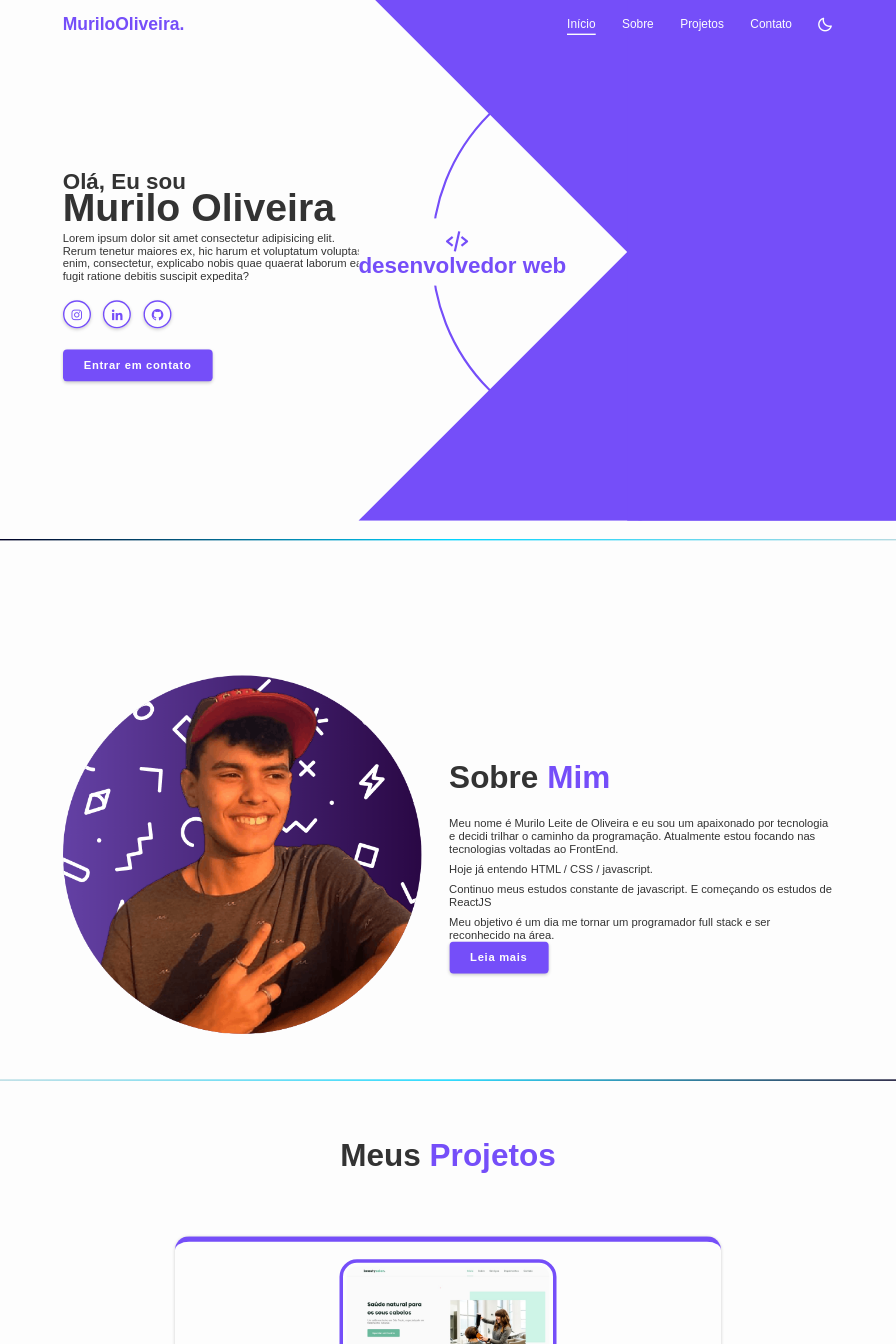
Repository: devMuriloOliveira/Portfolio-
Page: index.html
An editor plug-in stored every save of this project. The page is shown before and after the next save, followed by the edit.
The browser window is 1280 px wide. The pictures show the part of the page from y = 0 to 1920 px (the page is 3045 px tall), at 70% of full size.

Above is the page before, as saved 2023-03-14 20:24:51.

After the next save:
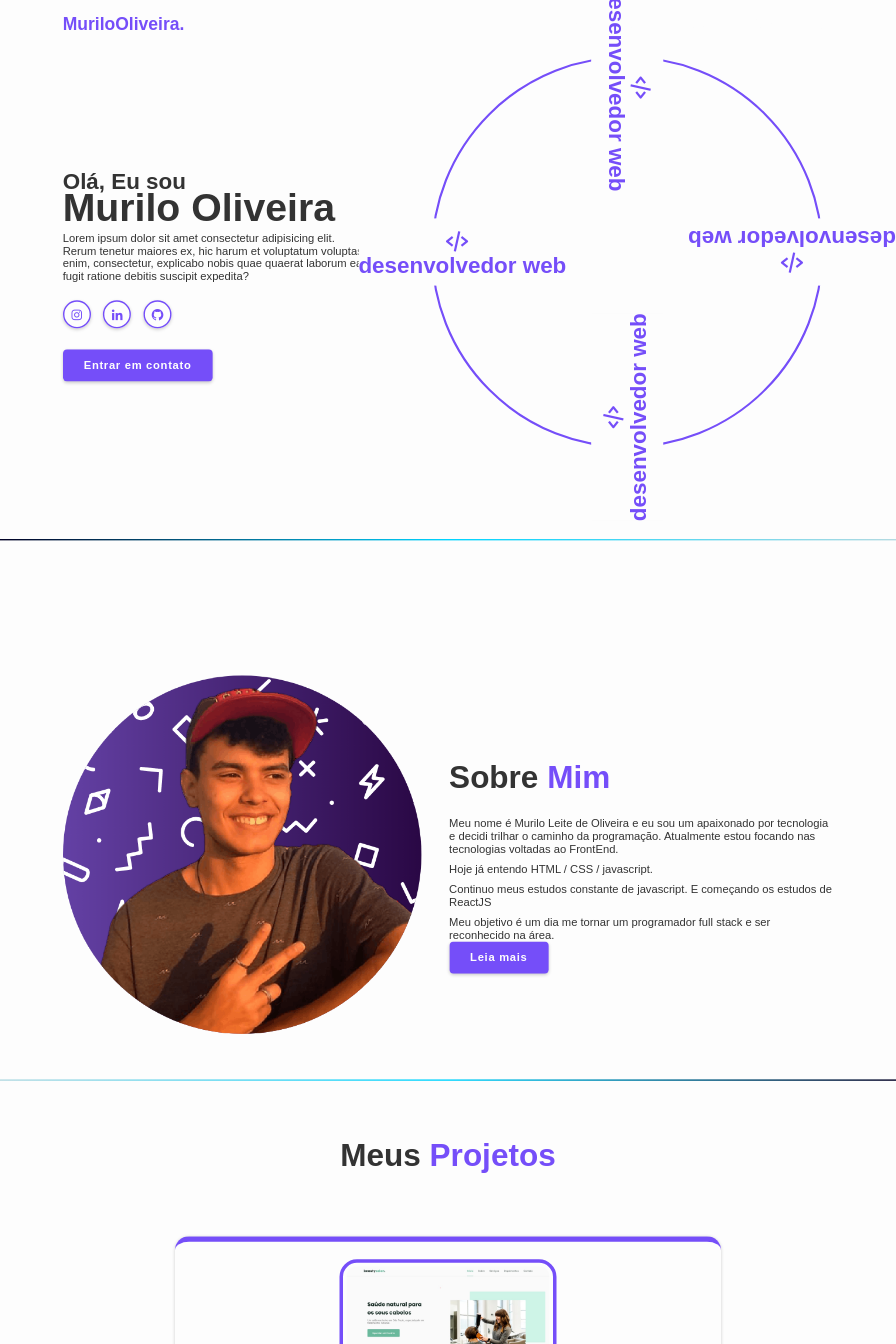
Saved 20 s later.
--- a/index.html
+++ b/index.html
@@ -87,7 +87,7 @@
           <div class="circle"></div>
         </div>
 
-        <div class="overlay"></div>
+        <!--<div class="overlay"></div>-->
       </div>
 
       <div class="inicio-img">
